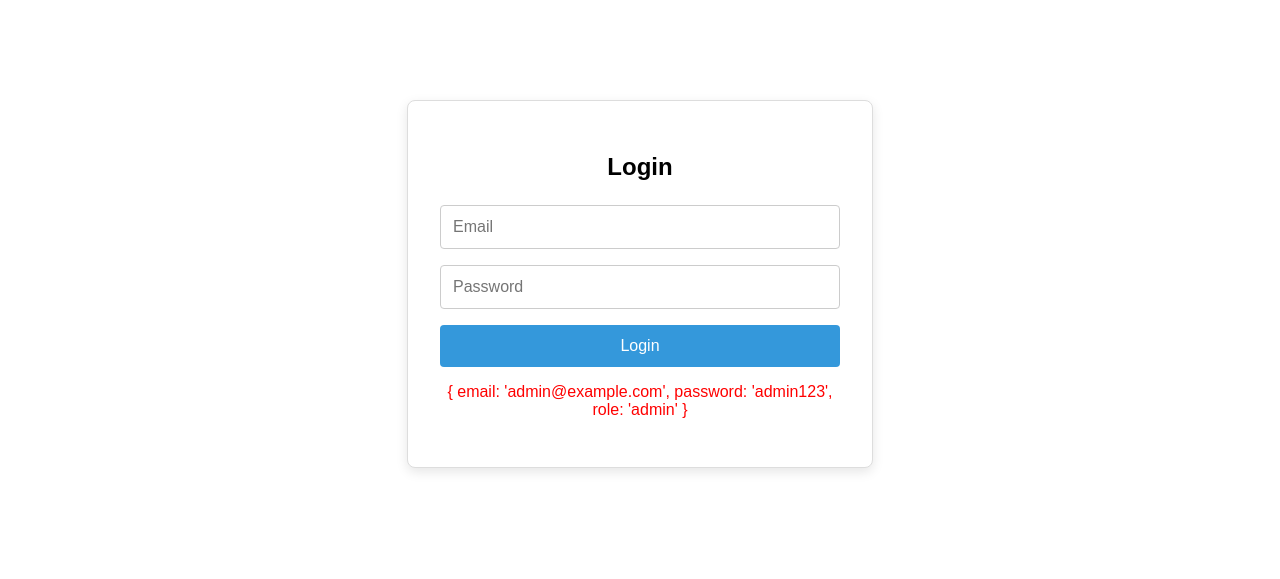
Repository: Edmund-Kiama/todoPHP
Page: / (app in task-manager-frontend/)
An editor plug-in stored every save of this project. The page is shown before and after the next save, followed by the edit.
The browser window is 1280 px wide. The pictures show the whole page.
The project was rebuilt for these pictures with package versions that can differ from the ones it lists, and the page was loaded fresh each time. Also part of the build but not shown: task-manager-frontend/vite.config.js, task-manager-frontend/src/components/Admin/admin.css, task-manager-frontend/src/components/Admin/AdminDashboard.vue, task-manager-frontend/src/components/User/user.css, task-manager-frontend/src/components/User/UserDashboard.vue.

Above is the page before, as saved 2025-07-12 20:58:38.

After the next save:
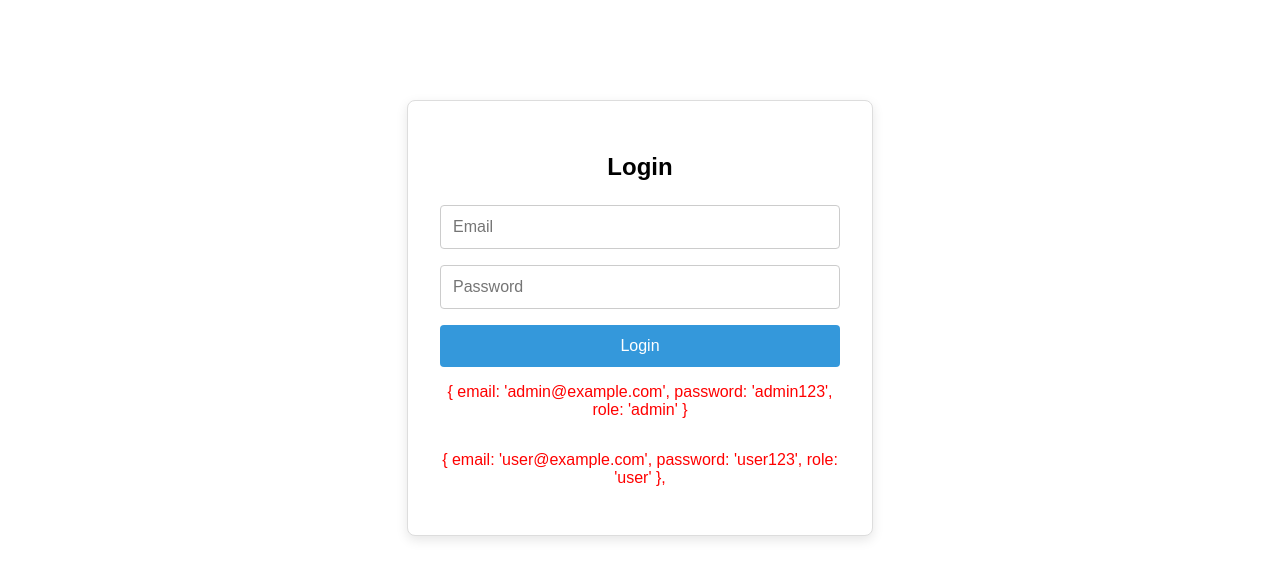
Saved 11 s later.
--- a/task-manager-frontend/src/components/Login/Login.vue
+++ b/task-manager-frontend/src/components/Login/Login.vue
@@ -39,6 +39,7 @@
             <button>Login</button>
             <p v-if="error">{{ error }}</p>
             <p>{ email: 'admin@example.com', password: 'admin123', role: 'admin' }</p>
+            <p>  { email: 'user@example.com', password: 'user123', role: 'user' },</p>
         </form>
     </div>
 </template>
